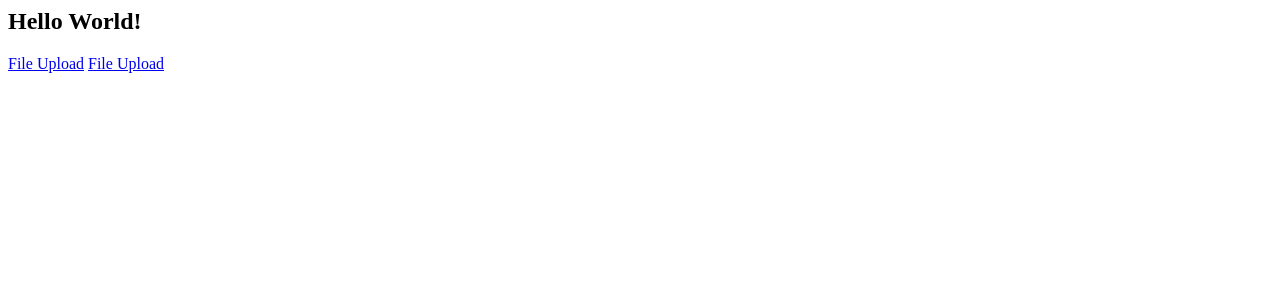
Repository: rainismsky/kh_spring_workspace
Page: http://localhost/FileUpload/
These files come from the project's save history. The page is drawn as it stood at one moment and after the next save; the edit follows.
The browser window is 1280 px wide. The pictures show the whole page.
The page is served by Tomcat 9. Other server files are loaded and not shown.

Above is the page before, as saved 2018-10-18 09:58:40.

### love_H.J/FileUpload/src/main/webapp/index.jsp
<%@ page contentType="text/html; charset=UTF-8" %>

<html>
<body>

<h2>Hello World!</h2>

<a href="report/ajaxUpload.do">File Upload</a>
<a href="AjaxUpload/report/ajaxUpload.do">File Upload</a>
</body>
</html>

After the next save:
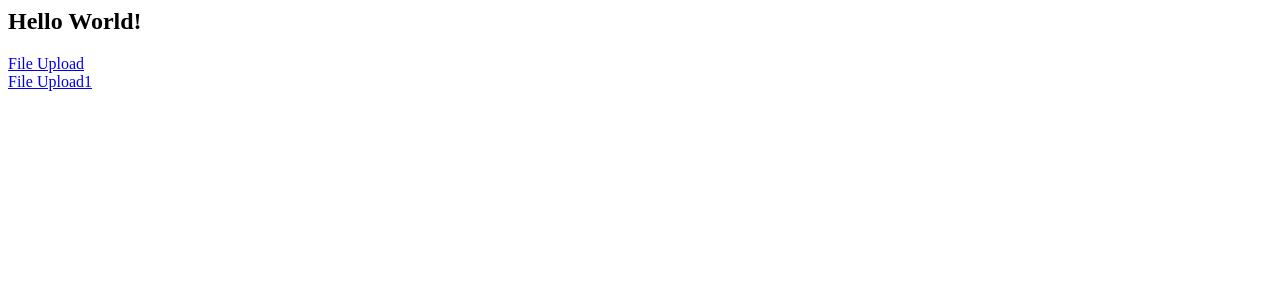
Saved 79 s later.
--- a/love_H.J/FileUpload/src/main/webapp/index.jsp
+++ b/love_H.J/FileUpload/src/main/webapp/index.jsp
@@ -5,7 +5,7 @@
 
 <h2>Hello World!</h2>
 
-<a href="report/ajaxUpload.do">File Upload</a>
-<a href="AjaxUpload/report/ajaxUpload.do">File Upload</a>
+<a href="report/ajaxUpload.do">File Upload</a></br>
+<a href="AjaxUpload/report/ajaxUpload.do">File Upload1</a>
 </body>
 </html>
